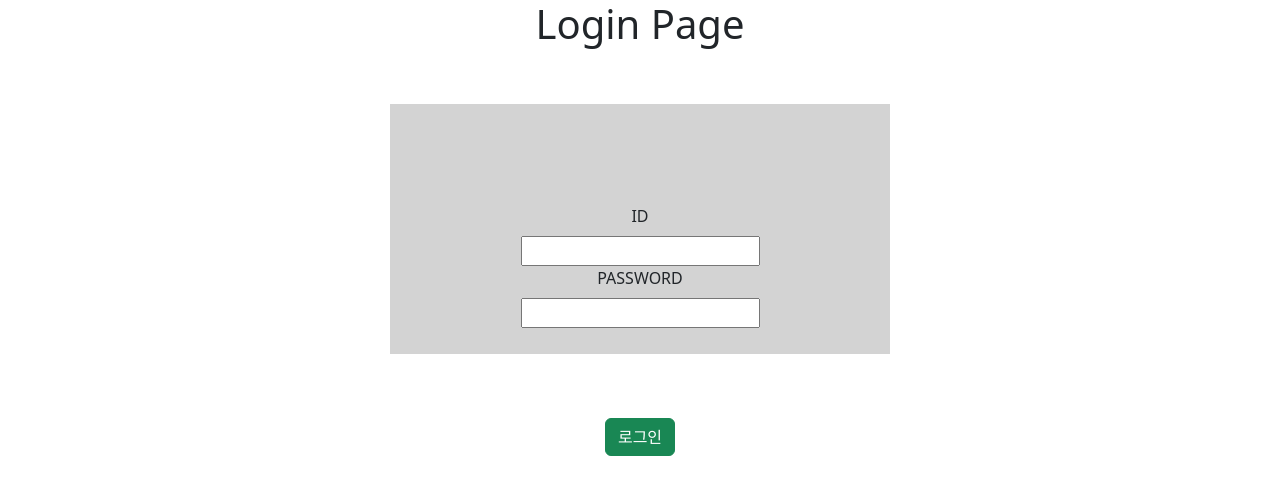
Repository: doridori890130/JSP
Page: http://localhost/jsp_project/mem/login
An editor plug-in stored every save of this project. The page is shown before and after the next save, followed by the edit.
The browser window is 1280 px wide. The pictures show the whole page.
The page is served by Tomcat 9. Other server files are loaded and not shown.

Above is the page before, as saved 2023-06-01 03:59:36.

### jsp_project4/jsp_project/src/main/webapp/member/login.jsp
<%@ page language="java" contentType="text/html; charset=UTF-8"
    pageEncoding="UTF-8"%>
<!DOCTYPE html>
<html>
<head>

<meta charset="UTF-8">
<!-- CSS only -->
<link href="https://cdn.jsdelivr.net/npm/bootstrap@5.2.2/dist/css/bootstrap.min.css" rel="stylesheet" integrity="sha384-Zenh87qX5JnK2Jl0vWa8Ck2rdkQ2Bzep5IDxbcnCeuOxjzrPF/et3URy9Bv1WTRi" crossorigin="anonymous">
<style type="text/css">
 H1{
 	text-align: center;
 }
 div{

 	text-align: center;
 	background-color: lightgray;
 	width: 500px;
 	height: 200px;
 	margin: auto;
 	padding-top: 50px
 }
</style>
<title>Insert title here</title>
</head>
<body>
	<h1>Login Page</h1>
	<br> <br>
	<div>
	<form action="/mem/login_auth" method="post" >
	<div class="mb-3">
  <label for="exampleFormControlInput1" class="form-label">ID</label> <br>
		 <input type="text" name="id" > <br>
  <label for="exampleFormControlInput1" class="form-label">PASSWORD</label> <br>
		 <input type="password" name="password" > <br>
  	</div>
<br> <br>
		<button class="btn btn-success" type="submit" >로그인</button>
	</form>

	</div>
</body>
</html>

### jsp_project4/jsp_project/src/main/java/Controller/MemberController.java
package Controller;

import java.io.IOException;
import java.util.List;

import javax.servlet.RequestDispatcher;
import javax.servlet.ServletException;
import javax.servlet.annotation.WebServlet;
import javax.servlet.http.HttpServlet;
import javax.servlet.http.HttpServletRequest;
import javax.servlet.http.HttpServletResponse;
import javax.servlet.http.HttpSession;

import org.slf4j.Logger;
import org.slf4j.LoggerFactory;

import domain.MemberVO;
import service.MemberService;
import service.MemberServiceImpl;

/**
 * Servlet implementation class MemberController
 */
@WebServlet("/mem/*")
public class MemberController extends HttpServlet {
	private static final long serialVersionUID = 1L;
	private static Logger log = LoggerFactory.getLogger(MemberController.class);
	private RequestDispatcher rdp; // 웹의 목적지 주소로 객체를 전달해주는 객체
    private String destpage;
    private int isOk;
    private MemberService msv;

    public MemberController() {
        msv = new MemberServiceImpl();
    }


	protected void service(HttpServletRequest request, HttpServletResponse response) throws ServletException, IOException {
		//characterENcoding 설정
		request.setCharacterEncoding("utf-8");
		response.setCharacterEncoding("utf-8");
		response.setContentType("text/html; charset=utf-8");

		String uri = request.getRequestURI();
		log.info(">>> uri : "+uri);
		String path = uri.substring(uri.lastIndexOf("/")+1);
		log.info(">>> path : "+path);

		switch(path) {
		case "join":
			destpage="/member/join.jsp";
			break;
		case "register":
			try {
				String id = request.getParameter("id");
				String password = request.getParameter("password");
				String email = request.getParameter("email");
				int age = Integer.parseInt(request.getParameter("age"));
				MemberVO mvo = new MemberVO(id,password,email,age);
				isOk = msv.register(mvo);
			} catch (Exception e) {
				e.printStackTrace();
			}
			break;
		case "login":
			destpage="/member/login.jsp";
			break;
		case "login_auth":
			try {
				String id = request.getParameter("id");
				String password = request.getParameter("password");
				MemberVO mvo= new MemberVO(id,password);
				MemberVO loginMvo = msv.login(mvo);
				if(loginMvo != null) {
					HttpSession ses = request.getSession();
					ses.setAttribute("ses", loginMvo);
					ses.setMaxInactiveInterval(10*60);
				}else {
					request.setAttribute("msg_login", 0);
				}
				destpage="/";
			} catch (Exception e) {
				e.printStackTrace();
			}
			break;
		case "logout":
			try {
				HttpSession ses = request.getSession();
				MemberVO mvo = (MemberVO )ses.getAttribute("ses");
				String id = mvo.getId();
				isOk = msv.lastlogin(id);
				ses.invalidate();

			} catch (Exception e) {
				e.printStackTrace();
			}
			destpage="/";
			break;
		case "modify":
			destpage="/member/modify.jsp";
			break;
		case "edit" :
			try {
				MemberVO mvo = new MemberVO(
						request.getParameter("id"),
						request.getParameter("password"),
						request.getParameter("email"),
						Integer.parseInt(request.getParameter("age")),
						request.getParameter("reg_date"),
						request.getParameter("last_login"));
				isOk=msv.modify(mvo);
				if(isOk>0) {
					request.setAttribute("mvo", mvo);
					HttpSession ses = request.getSession();
					ses.setAttribute("ses", mvo);
				}
				destpage="/";
			} catch (Exception e) {
				e.printStackTrace();
			}
			break;
		case "list" :
			try {
				List<MemberVO> list = msv.getList();
				request.setAttribute("list", list);
				destpage="/member/list.jsp";
			} catch (Exception e) {
				e.printStackTrace();
			}
			break;
		case "remove":
			try {
				HttpSession ses = request.getSession();
				MemberVO reMvo = (MemberVO)ses.getAttribute("ses");
				String delId= reMvo.getId();
				isOk = msv.remove(delId);
				ses.invalidate();
				destpage="/";
			} catch (Exception e) {
				e.printStackTrace();
			}
			break;
		}


		rdp = request.getRequestDispatcher(destpage);
		rdp.forward(request, response);
	}


	protected void doGet(HttpServletRequest request, HttpServletResponse response) throws ServletException, IOException {
		service(request,response);
	}


	protected void doPost(HttpServletRequest request, HttpServletResponse response) throws ServletException, IOException {
		service(request,response);
	}

}

### jsp_project4/jsp_project/src/main/java/service/MemberServiceImpl.java
package service;

import java.util.List;

import org.slf4j.Logger;
import org.slf4j.LoggerFactory;

import domain.MemberVO;
import repository.MemberDAO;
import repository.MemberDAOImpl;

public class MemberServiceImpl implements MemberService {
	private static Logger log = LoggerFactory.getLogger(MemberServiceImpl.class);
	private MemberDAO mdao;

	public MemberServiceImpl() {
		mdao= new MemberDAOImpl();
	}

	@Override
	public int register(MemberVO mvo) {
		log.info(">>register service");
		return mdao.register(mvo);
	}

	@Override
	public MemberVO login(MemberVO mvo) {
		log.info(">>login service");
		return mdao.login(mvo);
	}

	@Override
	public int lastlogin(String id) {
		log.info(">>lastlogin service");
		return mdao.lastlogin(id);
	}

	@Override
	public int modify(MemberVO mvo) {
		log.info(">>lastlogin service");
		return mdao.modify(mvo);
	}

	@Override
	public List<MemberVO> getList() {
		log.info(">>lastlogin service");
		return mdao.list();
	}

	@Override
	public int remove(String delId) {
		log.info(">>lastlogin service");
		return mdao.remove(delId);
	}
}

### jsp_project4/jsp_project/src/main/java/repository/MemberDAO.java
package repository;

import java.util.List;

import domain.MemberVO;

public interface MemberDAO {

	int register(MemberVO mvo);

	MemberVO login(MemberVO mvo);

	int lastlogin(String id);

	int modify(MemberVO mvo);

	List<MemberVO> list();

	int remove(String delId);

}

### jsp_project4/jsp_project/src/main/java/repository/MemberDAOImpl.java
package repository;

import java.util.List;

import org.apache.ibatis.session.SqlSession;
import org.slf4j.Logger;
import org.slf4j.LoggerFactory;

import domain.MemberVO;
import orm.DatabaseBuilder;



public class MemberDAOImpl implements MemberDAO {
	private static Logger log = LoggerFactory.getLogger(MemberDAOImpl.class);
	private SqlSession sql;
	private String NS = "MemberMapper.";

	public MemberDAOImpl() {
		new DatabaseBuilder();
		sql= DatabaseBuilder.getFactory().openSession();
	}

	@Override
	public int register(MemberVO mvo) {
		int isOk=sql.insert(NS+"register",mvo);
		if(isOk>0) {
			sql.commit();
		}
		return isOk;
	}

	@Override
	public MemberVO login(MemberVO mvo) {

		return sql.selectOne(NS+"login",mvo);
	}

	@Override
	public int lastlogin(String id) {
		int isOk=sql.update(NS+"lastlogin",id);
		if(isOk>0) {
			sql.commit();
		}
		return isOk;
	}

	@Override
	public int modify(MemberVO mvo) {
		int isOk=sql.update(NS+"modify",mvo);
		if(isOk>0) {
			sql.commit();
		}
		return isOk;
	}

	@Override
	public List<MemberVO> list() {

		return sql.selectList(NS+"list");
	}

	@Override
	public int remove(String delId) {
		int isOk=sql.delete(NS+"del",delId);
		if(isOk>0) {
			sql.commit();
		}
		return isOk;
	}
}

### jsp_project4/jsp_project/src/main/java/orm/DatabaseBuilder.java
package orm;


import java.io.IOException;
import org.apache.ibatis.io.Resources;
import org.apache.ibatis.session.SqlSessionFactory;
import org.apache.ibatis.session.SqlSessionFactoryBuilder;
import org.slf4j.Logger;
import org.slf4j.LoggerFactory;

public class DatabaseBuilder {
	private static Logger log = LoggerFactory.getLogger(DatabaseBuilder.class);
	private static SqlSessionFactory factory;
	private static final String config = "orm/MybatisConfig.xml";

	static {
		try {
			factory = new SqlSessionFactoryBuilder().build(Resources.getResourceAsReader(config));

		} catch (IOException e) {
			log.info("Mybatis 설정오류");
			e.printStackTrace();
		}
	}
	public static SqlSessionFactory getFactory() {
		return factory;
	}
}

### jsp_project4/jsp_project/src/main/java/domain/MemberVO.java
package domain;

public class MemberVO {
//	create table meminfo(
//			mno int auto_increment,
//			id varchar(100),
//			password varchar(100),
//			email varchar(100),
//			age int,
//			reg_date datetime default now(),
//			last_login datetime default null,
//			primary key(mno));
	private int mno;
	private String id;
	private String password;
	private String email;
	private int age;
	private String reg_date;
	private String last_login;

	public MemberVO() {}
	//resister (id, passwor, email, age)
	public MemberVO(String id ,String password, String email, int age) {
		this.id=id;
		this.password=password;
		this.email=email;
		this.age=age;
	}

	// login
	public MemberVO(String id, String password) {
		this.id=id;
		this.password=password;
	}

	//list(id, email, age, reg_date, last_login)
	public MemberVO(String id, String email,int age,String reg_date , String last_login) {
		this.id=id;
		this.email=email;
		this.age=age;
		this.reg_date=reg_date;
		this.last_login=last_login;
	}
	//modify (password, age, email)
	public MemberVO(String password, int age, String email) {
		this.password=password;
		this.age=age;
		this.email=email;
	}
	public MemberVO(String id, String password, String email, int age, String reg_date, String last_login) {

		this.id = id;
		this.password = password;
		this.email = email;
		this.age = age;
		this.reg_date = reg_date;
		this.last_login = last_login;
	}
	public int getMno() {
		return mno;
	}
	public void setMno(int mno) {
		this.mno = mno;
	}
	public String getId() {
		return id;
	}
	public void setId(String id) {
		this.id = id;
	}
	public String getPassword() {
		return password;
	}
	public void setPassword(String password) {
		this.password = password;
	}
	public String getEmail() {
		return email;
	}
	public void setEmail(String email) {
		this.email = email;
	}
	public int getAge() {
		return age;
	}
	public void setAge(int age) {
		this.age = age;
	}
	public String getReg_date() {
		return reg_date;
	}
	public void setReg_date(String reg_date) {
		this.reg_date = reg_date;
	}
	public String getLast_login() {
		return last_login;
	}
	public void setLast_login(String last_login) {
		this.last_login = last_login;
	}
	@Override
	public String toString() {
		return "MemberVo [mno=" + mno + ", id=" + id + ", password=" + password + ", email=" + email + ", age=" + age
				+ ", reg_date=" + reg_date + ", last_login=" + last_login + "]";
	}

}

### jsp_project4/jsp_project/src/main/java/domain/BoardVO.java
package domain;

public class BoardVO {
	private int bno;
	private String title;
	private String writer;
	private String content;
	private String reg_date;
	private int read_count;
	private String image_file;

	public BoardVO() {}

	//register(title, writer, content)
	public BoardVO(String title, String writer, String content) {
		this.title = title;
		this.writer = writer;
		this.content = content;
	}
	//list(bno, title, writer, reg_date)
	public BoardVO(int bno, String title, String writer,
			String reg_date, int read_count) {
		this.bno = bno;
		this.title = title;
		this.writer = writer;
		this.reg_date = reg_date;
		this.read_count = read_count;
	}
	//detail(all)
	public BoardVO(int bno, String title, String writer, String content, String reg_date, int read_count, String image_file) {
		this.bno = bno;
		this.title = title;
		this.writer = writer;
		this.content = content;
		this.reg_date = reg_date;
		this.read_count = read_count;
		this.image_file = image_file;
	}

	//update(bno, title, content)
	public BoardVO(int bno, String title, String content) {
		this.bno = bno;
		this.title =title;
		this.content=content;
	}

	//getter/setter
	public int getBno() {
		return bno;
	}

	public void setBno(int bno) {
		this.bno = bno;
	}

	public String getTitle() {
		return title;
	}

	public int getRead_count() {
		return read_count;
	}

	public void setRead_count(int read_count) {
		this.read_count = read_count;
	}

	public void setTitle(String title) {
		this.title = title;
	}

	public String getWriter() {
		return writer;
	}

	public void setWriter(String writer) {
		this.writer = writer;
	}

	public String getContent() {
		return content;
	}

	public void setContent(String content) {
		this.content = content;
	}

	public String getReg_date() {
		return reg_date;
	}

	public void setReg_date(String reg_date) {
		this.reg_date = reg_date;
	}


	public String getImage_file() {
		return image_file;
	}

	public void setImage_file(String image_file) {
		this.image_file = image_file;
	}

	@Override
	public String toString() {
		return "BoardVO [bno=" + bno + ", title=" + title + ", writer=" + writer + ", content=" + content
				+ ", reg_date=" + reg_date + ", read_count=" + read_count + "]";
	}




}

### jsp_project4/jsp_project/src/main/java/domain/CommentVO.java
package domain;

public class CommentVO {
	private int cno;
	private int bno;
	private String writer;
	private String content;
	private String reg_date;

	public CommentVO() {}

	//post(bno, writer, content)
	public CommentVO(int bno, String writer, String content) {
	this.bno=bno;
	this.writer=writer;
	this.content=content;
	}
	//(writer, content, cno)
	public CommentVO(String writer, String content, int cno) {
	this.writer = writer;
	this.content = content;
	this.cno = cno;
	}
	//modify(cno, content)
	public CommentVO(int cno, String content) {
		this.cno = cno;
		this.content = content;
	}
	//list(bno, cno, writer, content, reg_date)
	public CommentVO(int bno, int cno, String writer, String content,
			String reg_date) {
		this(bno, writer, content);
		this.cno=cno;
		this.reg_date=reg_date;
	}

	public int getCno() {
		return cno;
	}

	public void setCno(int cno) {
		this.cno = cno;
	}

	public int getBno() {
		return bno;
	}

	public void setBno(int bno) {
		this.bno = bno;
	}

	public String getWriter() {
		return writer;
	}

	public void setWriter(String writer) {
		this.writer = writer;
	}

	public String getContent() {
		return content;
	}

	public void setContent(String content) {
		this.content = content;
	}

	public String getReg_date() {
		return reg_date;
	}

	public void setReg_date(String reg_date) {
		this.reg_date = reg_date;
	}

	@Override
	public String toString() {
		return "CommentVO [cno=" + cno + ", bno=" + bno + ", writer=" + writer + ", content=" + content + ", reg_date="
				+ reg_date + "]";
	}
}

### jsp_project4/jsp_project/src/main/java/domain/PagingVO.java
package domain;

public class PagingVO {
	private int pageNo;
	private int qty;

	private String type;
	private String keyword;

	public PagingVO() {
		this(1,10);
	}
	public PagingVO(int pageNo, int qty) {
		this.pageNo=pageNo;
		this.qty=qty;
	}

	public int getPageStart() {
		return (this.pageNo-1)*10;
	}

	public String[] gettypeToArray() {
		return this.type == null ? new String[] {} : this.type.split("");
	}
	public int getPageNo() {
		return pageNo;
	}
	public void setPageNo(int pageNo) {
		this.pageNo = pageNo;
	}
	public int getQty() {
		return qty;
	}
	public void setQty(int qty) {
		this.qty = qty;
	}
	public String getType() {
		return type;
	}
	public void setType(String type) {
		this.type = type;
	}
	public String getKeyword() {
		return keyword;
	}
	public void setKeyword(String keyword) {
		this.keyword = keyword;
	}
	@Override
	public String toString() {
		return "PagingVO [pageNo=" + pageNo + ", qty=" + qty + ", type=" + type + ", keyword=" + keyword + "]";
	}

}

After the next save:
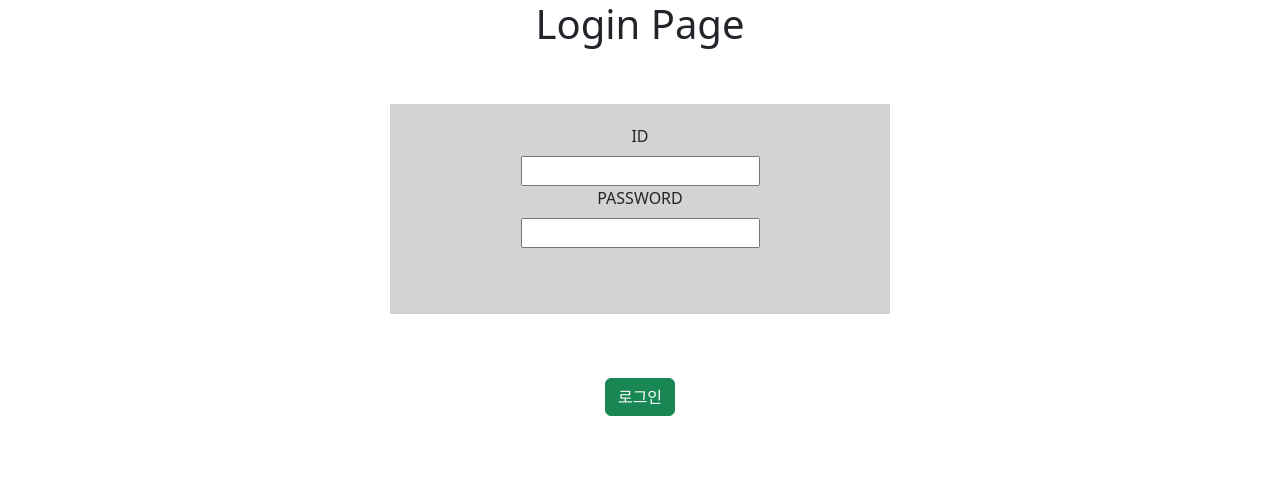
Saved 5 s later.
--- a/jsp_project4/jsp_project/src/main/webapp/member/login.jsp
+++ b/jsp_project4/jsp_project/src/main/webapp/member/login.jsp
@@ -18,7 +18,7 @@
  	width: 500px;
  	height: 200px;
  	margin: auto;
- 	padding-top: 50px
+ 	padding-top: 10px
  }
 </style>
 <title>Insert title here</title>
